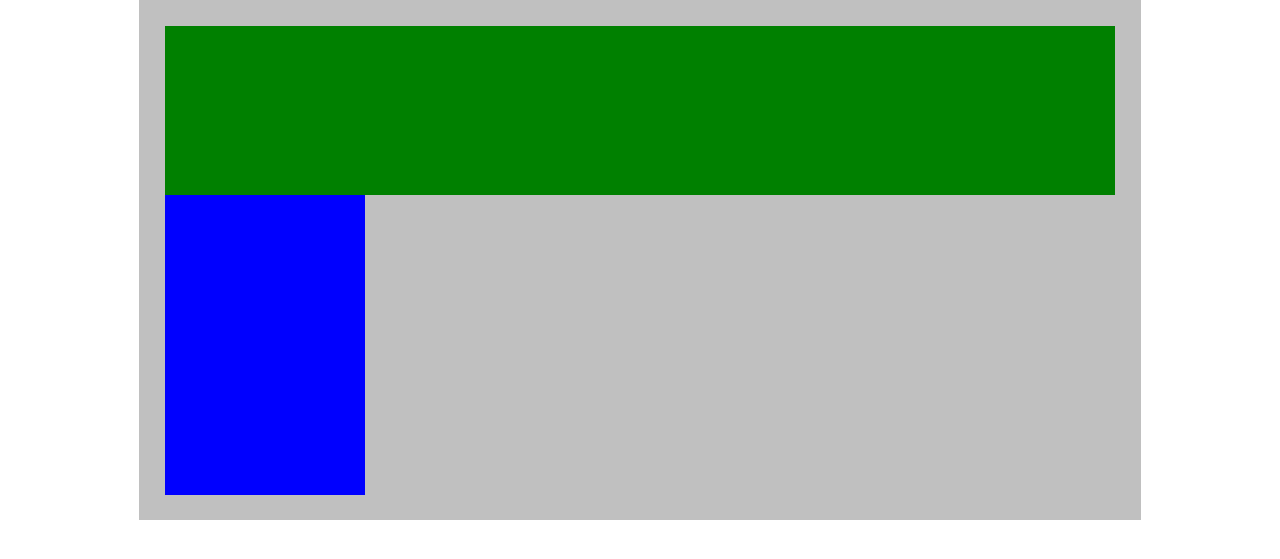
Repository: Fredy452/Fundamentos_de_la_Web
Page: Trabajos/Bloques/index.html
The author's editor kept a copy of each file at every save. The page is drawn from the files as they stood at one save, then again after the next save.
The browser window is 1280 px wide. The pictures show the whole page.

Above is the page before, as saved 2023-06-16 16:28:17.

After the next save:
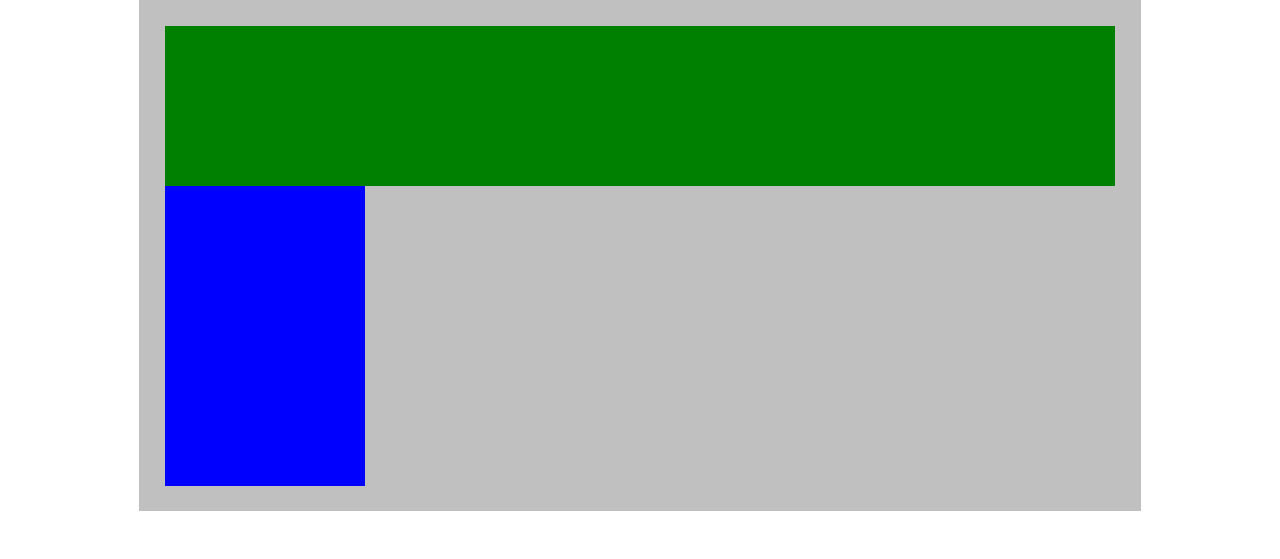
Saved 19 s later.
--- a/Trabajos/Bloques/style.css
+++ b/Trabajos/Bloques/style.css
@@ -12,7 +12,7 @@
 .top-nav{
     height: 150px;
     background-color: green;
-    padding-bottom: 2%;
+    padding-bottom: 10px;
 }
 .side-nav{
     height: 300px;
